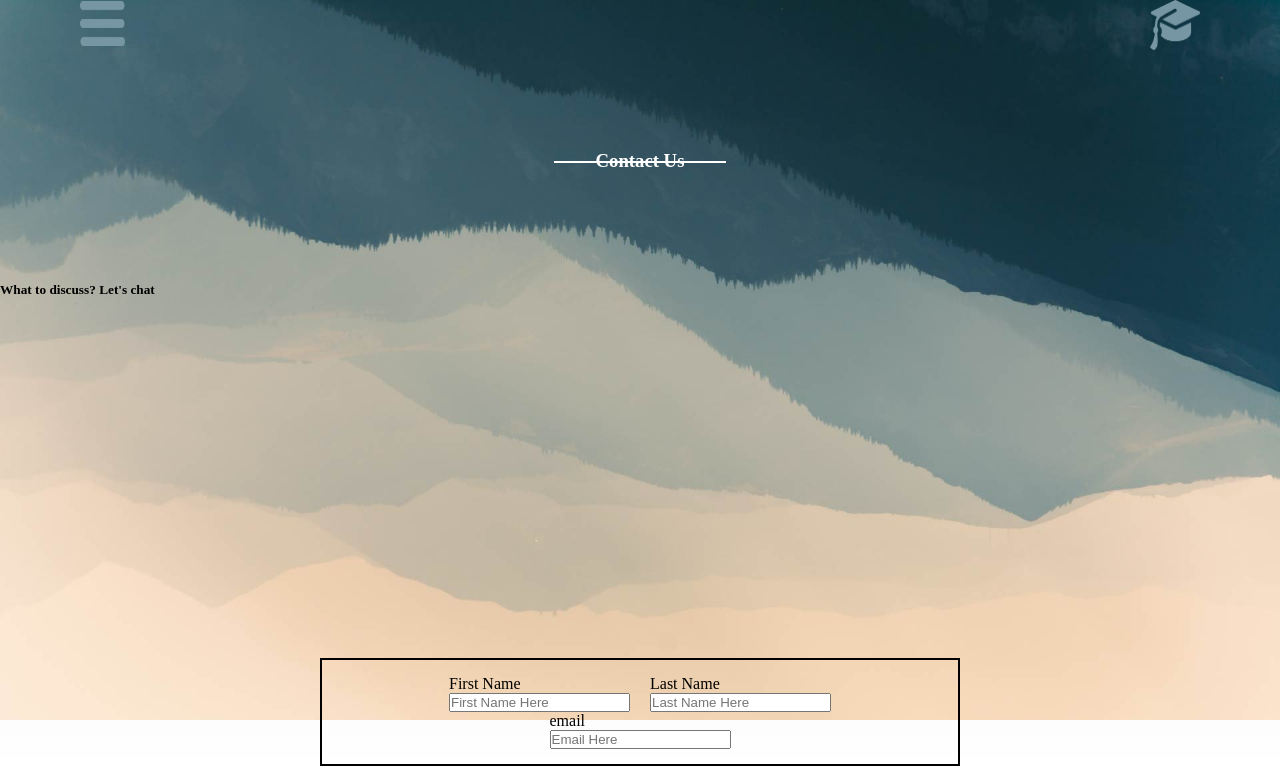
Repository: anoncoderin/assignment01-withCarousel-Madhu
Page: /contact
The author's editor kept a copy of each file at every save. The page is drawn from the files as they stood at one save, then again after a run of saves.
The browser window is 1280 px wide. The pictures show the whole page.
The project was rebuilt for these pictures with package versions that can differ from the ones it lists, and the page was loaded fresh each time. The framework's server and built-in components were replaced by stand-ins that run in the browser. Also part of the build but not shown: next.config.js.

Above is the page before, as saved 2023-02-03 21:52:43.

### pages/contact.js

import Link from 'next/link'
import { useState } from 'react'
import { useRouter } from 'next/router'
import styles from '@/styles/contact.module.css'
import Image from 'next/image'
import Nav from '../components/nav'



export default function Contact() {
    const router = useRouter();
    const [formData, setFormData] = useState({
        firstName: '',
        lastName: '',
        email: ''
    })

    const LoginIn = () => {
        console.log(formData.firstName)
        console.log(formData)

        if (formData.firstName !== null) {
            router.push({
                pathname: './about',
                query: {
                    username: formData.firstName
                }
            })
        }
    }


    return (
        <>

            <div className={styles.backimage}>
                <Image src='/images/backgroundMountainUpsideDown.jpg' fill='true' />
            </div>
            <Nav></Nav>
            <div className={styles.middletext}>
            <h3 className={styles.hrline}>Contact Us</h3>
            <h5>What to discuss? Let's chat</h5>
            </div>

            <div className={styles.contactinfo}>
                <div className={styles.contactinfoname}>
                    <div className={styles.contactinfofirst}>

                        <label>First Name</label>
                        <input
                            placeholder="First Name Here"
                            type="text"
                            id="first"
                            pattern="[A-Z]{1}[a-z{2,10}"
                            title="The first letter should be capital"
                            onChange={(x => setFormData({ ...formData, firstName: x.target.value }))}>

                        </input>
                    </div>
                    <div className={styles.contactinfolast}>
                        <label>Last Name</label>
                        <input
                            placeholder="Last Name Here"
                            type="text"
                            id="first"
                            name="first"
                            pattern="[A-Z]{1}{2,10}"
                            minLength="5"
                            maxLength="10"
                            onChange={(x => setFormData({ ...formData, lastName: x.target.value }))}>

                        </input>
                    </div>
                </div>
                <div className={styles.contactemail}>
                    <label>email</label>
                    <input className={styles.emailinput}

                        placeholder="Email Here"
                        type="text"
                        id="first"
                        name="first"
                        pattern="[A-Z]{1}{2,10}"
                        minLength="5"
                        maxLength="10"
                        onChange={(x => setFormData({ ...formData, lastName: x.target.value }))}>


                    </input>
                </div>
            </div>

        </>
    )
}

### styles/globals.css
:root {
  --max-width: 1100px;
  --border-radius: 12px;
  --font-mono: ui-monospace, Menlo, Monaco, 'Cascadia Mono', 'Segoe UI Mono',
    'Roboto Mono', 'Oxygen Mono', 'Ubuntu Monospace', 'Source Code Pro',
    'Fira Mono', 'Droid Sans Mono', 'Courier New', monospace;

  --foreground-rgb: 0, 0, 0;
  --background-start-rgb: 214, 219, 220;
  --background-end-rgb: 255, 255, 255;

  --primary-glow: conic-gradient(
    from 180deg at 50% 50%,
    #16abff33 0deg,
    #0885ff33 55deg,
    #54d6ff33 120deg,
    #0071ff33 160deg,
    transparent 360deg
  );
  --secondary-glow: radial-gradient(
    rgba(255, 255, 255, 1),
    rgba(255, 255, 255, 0)
  );

  --tile-start-rgb: 239, 245, 249;
  --tile-end-rgb: 228, 232, 233;
  --tile-border: conic-gradient(
    #00000080,
    #00000040,
    #00000030,
    #00000020,
    #00000010,
    #00000010,
    #00000080
  );

  --callout-rgb: 238, 240, 241;
  --callout-border-rgb: 172, 175, 176;
  --card-rgb: 180, 185, 188;
  --card-border-rgb: 131, 134, 135;
}

@media (prefers-color-scheme: dark) {
  :root {
    --foreground-rgb: 255, 255, 255;
    --background-start-rgb: 0, 0, 0;
    --background-end-rgb: 0, 0, 0;

    --primary-glow: radial-gradient(rgba(1, 65, 255, 0.4), rgba(1, 65, 255, 0));
    --secondary-glow: linear-gradient(
      to bottom right,
      rgba(1, 65, 255, 0),
      rgba(1, 65, 255, 0),
      rgba(1, 65, 255, 0.3)
    );

    --tile-start-rgb: 2, 13, 46;
    --tile-end-rgb: 2, 5, 19;
    --tile-border: conic-gradient(
      #ffffff80,
      #ffffff40,
      #ffffff30,
      #ffffff20,
      #ffffff10,
      #ffffff10,
      #ffffff80
    );

    --callout-rgb: 20, 20, 20;
    --callout-border-rgb: 108, 108, 108;
    --card-rgb: 100, 100, 100;
    --card-border-rgb: 200, 200, 200;
  }
}

* {
  box-sizing: border-box;
  padding: 0;
  margin: 0;
}

html,
body {
  max-width: 100vw;
  overflow-x: hidden;
}

body {
  color: rgb(var(--foreground-rgb));
  background: linear-gradient(
      to bottom,
      transparent,
      rgb(var(--background-end-rgb))
    )
    rgb(var(--background-start-rgb));
}

a {
  color: inherit;
  text-decoration: none;
}






@media (prefers-color-scheme: dark) {
  html {
    color-scheme: dark;
  }
}

### styles/contact.module.css

.backimage{
    z-index: -1;
          position:fixed;
          width: 100vw;
          height: 100vh;
  }

  .nav{
    display: flex;
    flex-direction: row;
    justify-content: space-between;
    padding-left: 5rem;
    padding-right: 5rem;
  }

  .contactinfo{
    display: flex;
    flex-direction: column;
    align-items: center;
    margin-inline: auto;
    margin-top: 50vh;
    border: 2px solid black;
    margin-left: 25vw;
    margin-right: 25vw;
    padding: 15px;

  }
  .contactinfoname{
    display: flex;
    flex-direction: row;
    gap: 20px;

  }
  .contactinfofirst{
    display: flex;
    flex-direction: column;
  }
  .contactinfolast{
    display: flex;
    flex-direction: column;
  }
  .contactemail{
    display: flex;
    flex-direction: column;

  }
  .emailinput{
    width: 100%;
    }
  .hrline{
    position: relative;
    max-width: 500px;
    margin: 100px auto;
    text-align: center;
    color: white;
  }

.hrline:before, .hrline:after{
  content:" ";
  height: 2px;
  width: 130px;
  background: white;
  display: block;
  position: absolute;
  top: 50%;
}
.hrline:before{
  left: 0;
}
.hrline:after{
   right: 0;
}

.middletext{
  display: flex;
  flex-direction: column;

  gap: 10px;
}

### components/nav/index.js
import styles from '@/styles/nav.module.css'
import Image from 'next/image'

export default function Nav(
    {
      menuIcon='/images/icons/icons/menu-icon.png',
      menuIconHeight=45,
      menuIconWidth=45,
      favIcon='/images/favicon/favicon.png',
      favIconHeight=50,
      favIconWidth=50

    }
)
{
    return (
        <div className={styles.nav}>
        <button className={styles.menubar}><Image src={menuIcon} height={menuIconHeight} width={menuIconWidth}></Image></button>
        <Image src={favIcon} height={favIconHeight} width={favIconWidth}></Image>
      </div>
    )
}

### styles/nav.module.css
.nav{
    display: flex;
    flex-direction: row;
    justify-content: space-between;
    padding-left: 5rem;
    padding-right: 5rem;
  }

  .menubar{
    background-color: transparent;
    border:none;
  }

Loaded but not shown: pages/_app.js (common file); pages/_document.js (common file)

After the next 3 saves:
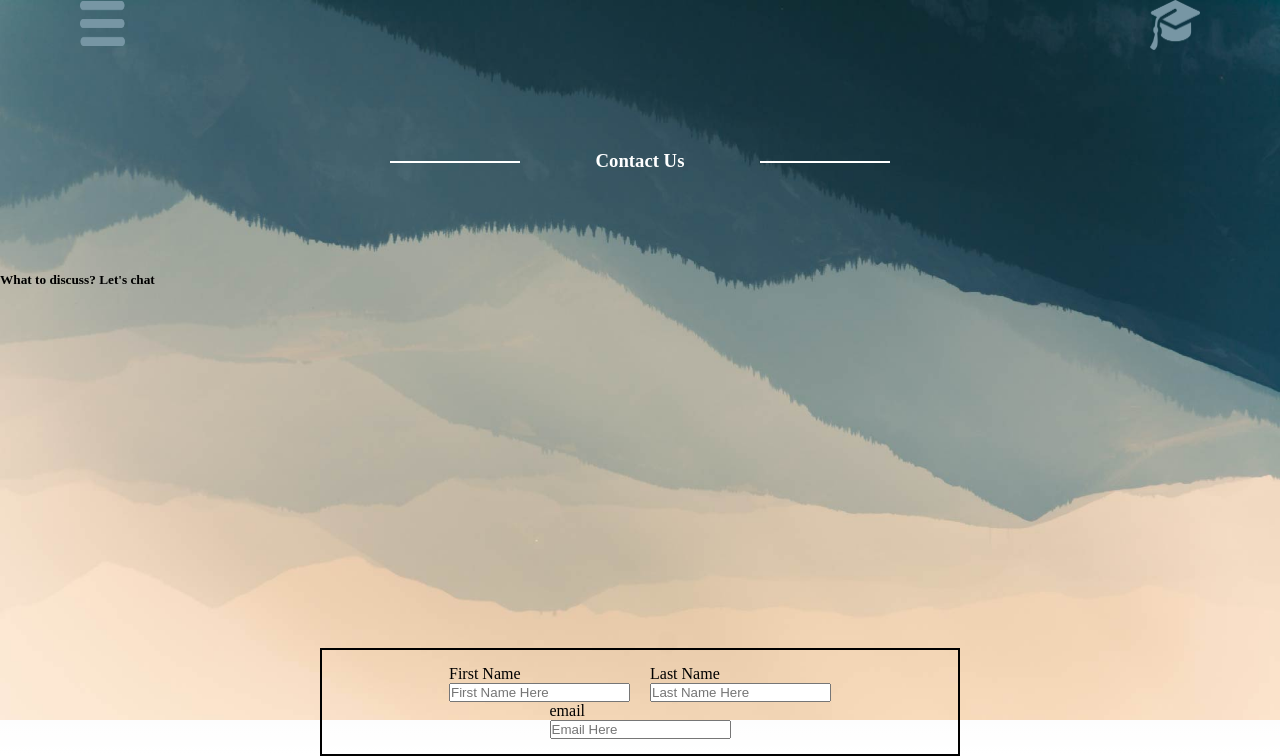
The 3 saves are shown as one change because they came seconds apart.
The last was saved 51 s later.
--- a/pages/contact.js
+++ b/pages/contact.js
@@ -38,8 +38,9 @@ export default function Contact() {
                 <Image src='/images/backgroundMountainUpsideDown.jpg' fill='true' />
             </div>
             <Nav></Nav>
+
+            <h3 className={styles.hrline}>Contact Us</h3>
             <div className={styles.middletext}>
-            <h3 className={styles.hrline}>Contact Us</h3>
             <h5>What to discuss? Let's chat</h5>
             </div>
 
